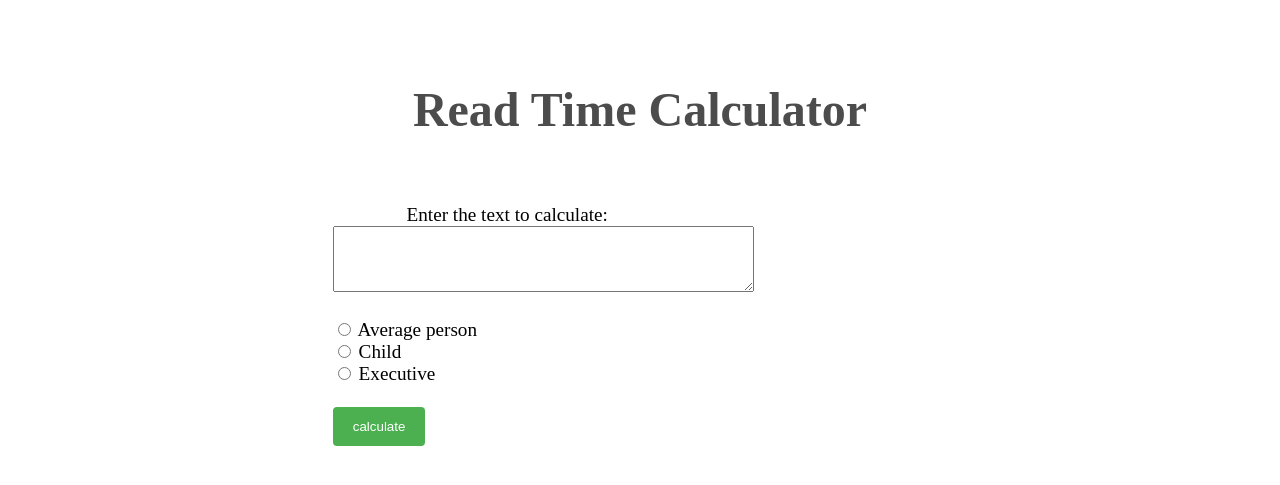
Repository: Full-Creative/Projects
Page: http://localhost/ReadTimeCalculator/
These files come from the project's save history. The page is drawn as it stood at one moment and after the next save; the edit follows.
The browser window is 1280 px wide. The pictures show the whole page.
The page is served by Tomcat 9. Other server files are loaded and not shown.

Above is the page before, as saved 2020-11-19 10:31:34.

### ReadTimeCalculator/src/main/webapp/index.html
<!DOCTYPE html>
<html xmlns="http://www.w3.org/1999/xhtml" lang="en">
<head>
<meta http-equiv="content-type"
	content="application/xhtml+xml; charset=UTF-8" />
<title>Read Time Calculator</title>
<link rel="stylesheet" href="mystyle.css">

</head>
<body>

 	<header>
		<h1>Read Time Calculator</h1>
	<!--	<nav>
			<a href="">Average Read Time</a> <a href="">Child Read Time</a> <a
				href="">Executive Read Time</a>
		</nav>-->
	</header>
	<section class="userInput">
		<!--  <form action="/result" method="post" id="calculator">-->
		<label for="data" class="inputLabel">Enter the text to calculate:</label>
		<textarea id="data" name="data" rows="4" cols="50"></textarea>
		<br>
		<br> <input type="radio" id="average" name="type" value="average">
		<label for="type">Average person</label><br> <input type="radio"
			id="child" name="type" value="child"> <label for="type">Child</label><br>
		<input type="radio" id="executive" name="type" value="executive">
		<label for="type">Executive</label> <br>
		<br> <input type="submit" value="calculate" id="calculate">
		<br>
		<br>
		<div id="readTime"></div>
		<!-- </form>-->
	</section>
	<!--   <script src="http://code.jquery.com/jquery-latest.min.js"></script>-->
	<script src="script.js"></script>
</body>

</html>

### ReadTimeCalculator/src/main/webapp/mystyle.css
body {
	margin: 1%;
	padding: 1%;
	font-size: 100%;
}

header, footer {
	padding: 1%;
	margin: 1%;
}

header h1 {
	font-size: 3rem;
	color: rgba(0, 0, 0, .7);
	text-align: center;
}

nav {
	display: block;
	background-color: white;
	border: 1px solid black;
	text-align: center;
	border-radius: 35px;
	text-decoration: none;
	padding: 2%;
	margin: 1%;
}

nav a {
	padding: 1%;
	font-size: 1.2em;
}

.userInput {
	font-size: 1.2em;
	margin: auto;
	width: 50%;
	padding: 10px;
}

.userInput .inputLabel{
	padding: 12%;
}

.userInput #calculate {
	background-color: #4CAF50;
	color: white;
	padding: 12px 20px;
	border: none;
	border-radius: 4px;
	cursor: pointer;
}

### ReadTimeCalculator/src/main/webapp/script.js
var element = document.querySelector('#calculate');

element.addEventListener("click", function() {
	onChangeSubmitCallWebServiceAJAX();
});
function onChangeSubmitCallWebServiceAJAX() {
	var data = document.getElementById("data").value;
	var type = document.querySelector('input[name="type"]:checked').value;
	xhr = new XMLHttpRequest();
	xhr.open('POST', 'time');
	xhr.setRequestHeader('Content-Type', 'application/json');
	xhr.onload = function() {
		if (xhr.status === 200 && xhr.readyState == 4) {
			document.getElementById('readTime').innerHTML = 'The read time of ' + JSON.parse(xhr.responseText).type + ' is ' + JSON.parse(xhr.responseText).minutes + ' minutes';
		}
		else if (xhr.status !== 200) {
			alert('Request failed.  Returned status of ' + xhr.status);
		}
	};

	xhr.send(JSON.stringify({
		text: data,
		type: type
	}));

}

After the next save:
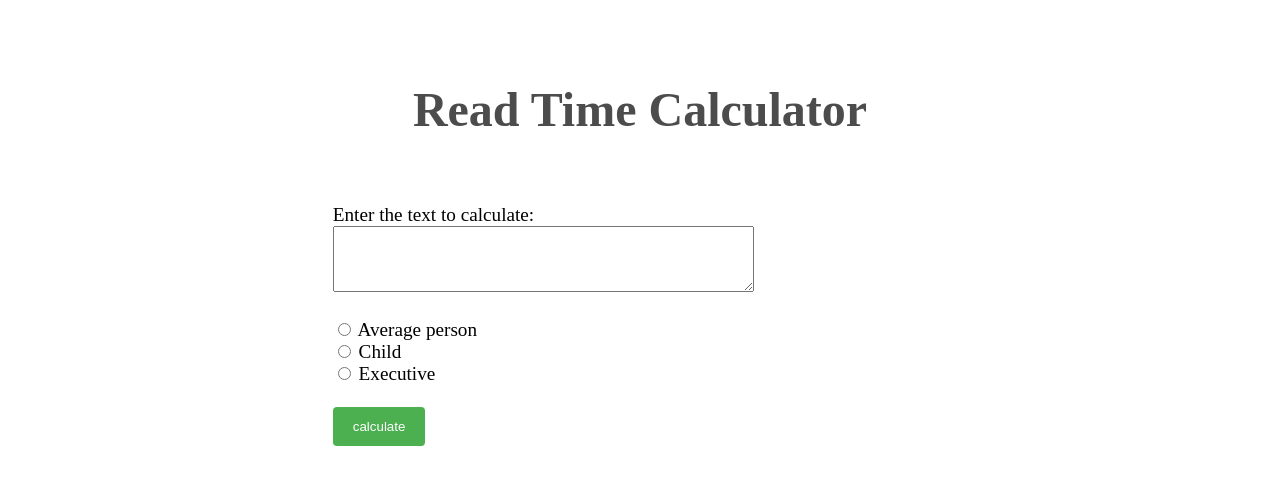
Saved 12 s later.
--- a/ReadTimeCalculator/src/main/webapp/mystyle.css
+++ b/ReadTimeCalculator/src/main/webapp/mystyle.css
@@ -39,7 +39,7 @@
 }
 
 .userInput .inputLabel{
-	padding: 12%;
+	padding-top: 12%;
 }
 
 .userInput #calculate {

After the 2 saves that followed:
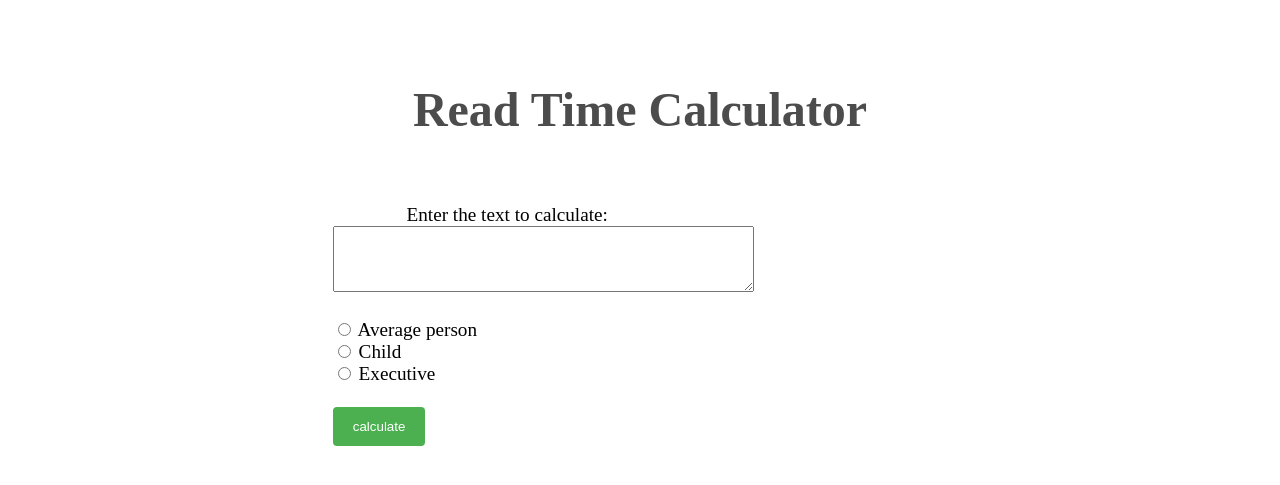
The 2 saves are shown as one change because 1 left the picture as it was.
The last was saved 14 s later.
--- a/ReadTimeCalculator/src/main/webapp/mystyle.css
+++ b/ReadTimeCalculator/src/main/webapp/mystyle.css
@@ -39,7 +39,7 @@
 }
 
 .userInput .inputLabel{
-	padding-top: 12%;
+	padding: 12%;
 }
 
 .userInput #calculate {
